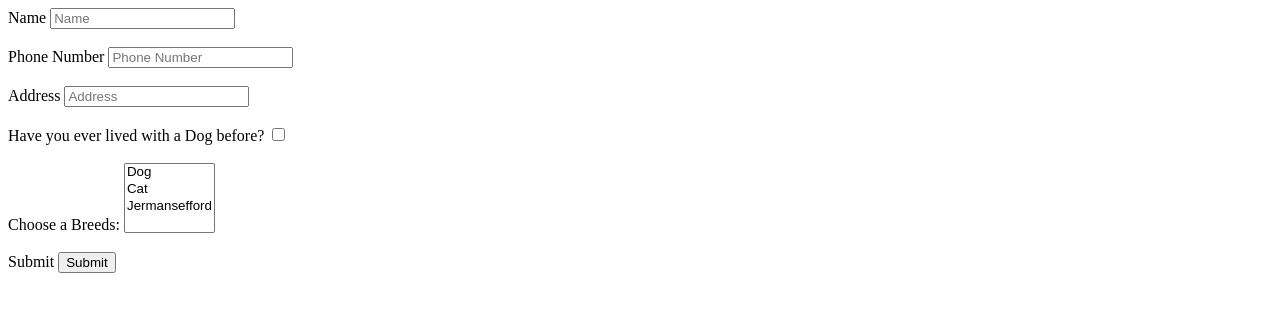
Repository: acciojob/dog-adoption-application-vandanayadav15
Page: main.html
These files come from the project's save history. The page is drawn as it stood at one moment and after the next save; the edit follows.
The browser window is 1280 px wide. The pictures show the whole page.

Above is the page before, as saved 2022-10-14 11:39:52.

### main.html
<!DOCTYPE html>

<html>

<head>
	<link rel="stylesheet" href="styles.css">
</head>

<body>
	<!-- the entire body must be written by student -->
	<form >
		<label for="name">Name</label>
		<input type="text" id="name" placeholder="Name" /><br><br>
		<label for="phone number">Phone Number	</label>
		<input type="text" id="phone" placeholder="Phone Number"><br><br>
		<label for="address">Address</label>
		<input type="text" id="address" placeholder="Address"><br><br>
		<label for="dog"> Have you ever lived with a Dog before?</label>
		<input type="checkbox" id="checkbox" value="Have you ever lived with a Dog before?"><br><br>
		<label for="breed">Choose a Breeds:</label>
		<select id="multiselect" name="Please select your preferred breeds" multiple>
			<option>Dog</option>
			<option>Cat</option>
			<option>Jermansefford</option>
		</select><br><br>
		<label for="submit">Submit</label>
		<input type="submit" id="submit" value="Submit">

	</form>

	<script type="text/javascript" src="./script.js">
	</script>

</body>

</html>

### styles.css

/* Your CSS Code here. */

Loaded but not shown: script.js (common file)

After the next save:
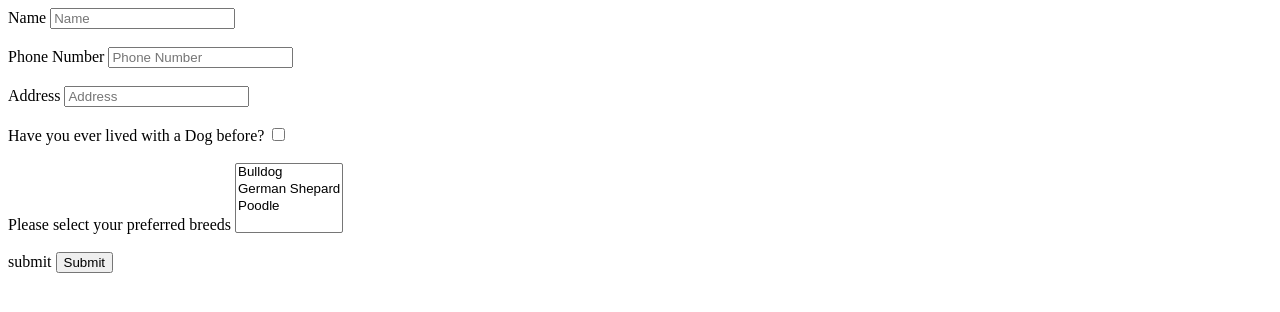
Saved 4 min 45 s later.
--- a/main.html
+++ b/main.html
@@ -8,24 +8,28 @@
 
 <body>
 	<!-- the entire body must be written by student -->
-	<form >
-		<label for="name">Name</label>
-		<input type="text" id="name" placeholder="Name" /><br><br>
-		<label for="phone number">Phone Number	</label>
-		<input type="text" id="phone" placeholder="Phone Number"><br><br>
-		<label for="address">Address</label>
-		<input type="text" id="address" placeholder="Address"><br><br>
-		<label for="dog"> Have you ever lived with a Dog before?</label>
-		<input type="checkbox" id="checkbox" value="Have you ever lived with a Dog before?"><br><br>
-		<label for="breed">Choose a Breeds:</label>
-		<select id="multiselect" name="Please select your preferred breeds" multiple>
-			<option>Dog</option>
-			<option>Cat</option>
-			<option>Jermansefford</option>
-		</select><br><br>
-		<label for="submit">Submit</label>
-		<input type="submit" id="submit" value="Submit">
-
+	<form>
+		<label for "name">Name</label>
+		<input type="text" id="name" placeholder="Name">
+		<br><br>
+		<label for "Phone Number">Phone Number</label>
+		<input type="text" id="phone" placeholder="Phone Number">
+		<br><br>
+		<label for "Address">Address</label>
+		<input type="text" id="address" placeholder="Address">
+		<br><br>
+		<label for "Have you ever lived with a Dog before?">Have you ever lived with a Dog before?</label>
+		<input type="checkbox" id="checkbox" value="Have you ever lived with a Dog before?">
+		<br><br>
+		<label for "Please select your preferred breeds">Please select your preferred breeds</label>
+		<select id="multiSelect" name="Please select your preferred breeds" multiple>
+			<option>Bulldog</option>
+			<option>German Shepard</option>
+			<option>Poodle</option>
+		</select>
+		<br><br>
+		<label for "submit">submit</label>
+		<input type="submit" value="Submit" id="submit">
 	</form>
 
 	<script type="text/javascript" src="./script.js">
